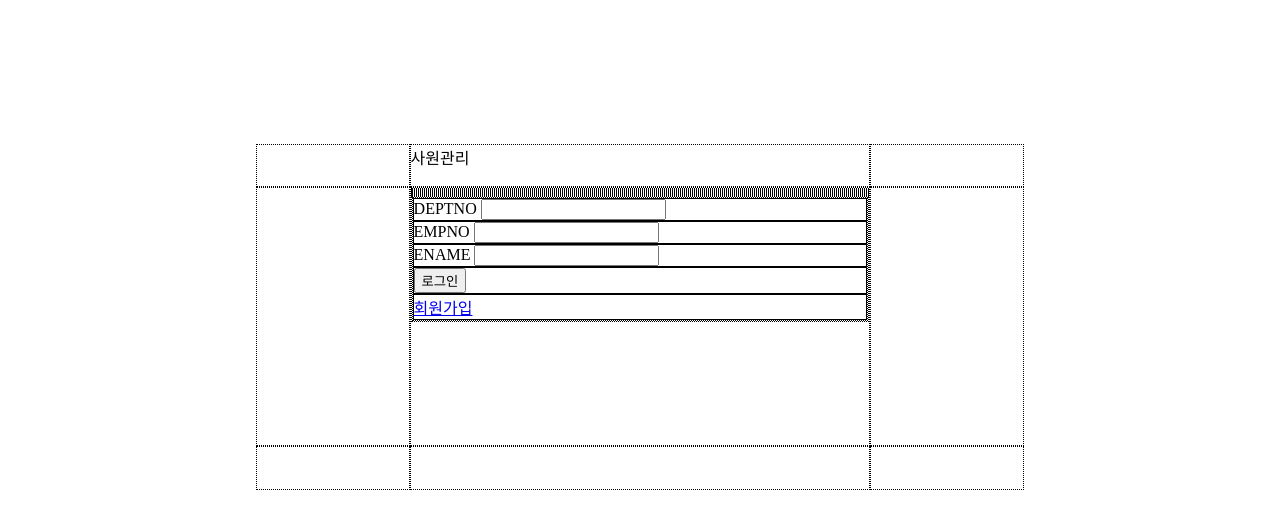
Repository: rmsgh2392/jee-company
Page: http://localhost/company/facade.do
The author's editor kept a copy of each file at every save. The page is drawn from the files as they stood at one save, then again after the next save.
The browser window is 1280 px wide. The pictures show the whole page.
The page is served by Tomcat 9. Other server files are loaded and not shown.

Above is the page before, as saved 2019-10-07 10:25:18.

### company/WebContent/WEB-INF/views/facade/main.jsp
<%@ page language="java" contentType="text/html; charset=UTF-8"
    pageEncoding="UTF-8"%>
<%@taglib prefix="e" uri="http://java.sun.com/jsp/jstl/core"%>
<jsp:include page="../common/head.jsp"/>
<div class="container">
<div></div> <div>사원관리</div> <div></div>
<div></div>
<div class="content">
<e:choose>
	<e:when test="${page eq 'login'}">
		<jsp:include page="login.jsp"/>
	</e:when>
	<e:when test="${page eq 'join'}">
		<jsp:include page="join.jsp"/>
	</e:when>
	<e:when test="${page eq 'mypage'}">
		<jsp:include page="mypage.jsp"/>
	</e:when>
</e:choose>
</div>
<div></div>
<div></div>
<div></div>
<div></div>
</div>
<jsp:include page="../common/foot.jsp"/>
<script>
app.init('${ctx}');
</script>

### company/WebContent/WEB-INF/views/common/head.jsp
<%@ page language="java" contentType="text/html; charset=UTF-8"
    pageEncoding="UTF-8"%>
<!DOCTYPE html>
<html>
<head>
<meta charset="UTF-8">
<title>Insert title here</title>
<script src="${js}/jquery.js"></script>
<link rel="stylesheet" type="text/css" href="${css}/style.css"/></link>
<script src="${js}/app.js"></script>
</head>
<body>
<div class="wrapper">
<div></div> <div></div> <div></div>
<div></div>

### company/WebContent/WEB-INF/views/facade/login.jsp
<%@ page language="java" contentType="text/html; charset=UTF-8"
    pageEncoding="UTF-8"%>
<div></div><div></div>
<div></div><div></div>
<div>
<form id="login_form">
	<div id="login_tab">
		<div id="login_tab_item_1">
			DEPTNO <input id="deptname" class="login_text" type="text" name="deptNo"/>
		</div>
		<div id="login_tab_item_2">
			EMPNO <input id="username" class="login_text" type="text" name="empNo"/>
		</div>
		<div id="login_tab_item_3">
			ENAME <input id="userpw" class="login_text" type="text" name="ename"/>
		</div>
		<div id="login_tab_item_4">
			<input id="login_btn" type="button" value="로그인"/>
		</div>
		<div id="login_tab_item_5">
			<a id="a_join" href="#">회원가입</a>
		</div>
		<input type="hidden" name="action" value="login"/>
		<input type="hidden" name="page" value="mypage"/>
	</div>
</form>
</div>
<script>
app.init('${ctx}');
</script>

### company/WebContent/WEB-INF/views/common/foot.jsp
<%@ page language="java" contentType="text/html; charset=UTF-8"
    pageEncoding="UTF-8"%>
<div></div> <div></div> <div></div>
<div></div>
  </div>
</body>
</html>

### company/src/com/company/web/controllers/FacadeController.java
package com.company.web.controllers;

import java.io.IOException;
import javax.servlet.ServletException;
import javax.servlet.annotation.WebServlet;
import javax.servlet.http.HttpServlet;
import javax.servlet.http.HttpServletRequest;
import javax.servlet.http.HttpServletResponse;

import com.company.web.pool.Constants;

@WebServlet("/facade.do")
public class FacadeController extends HttpServlet {
	private static final long serialVersionUID = 1L;

	enum Resources{
		CTX, CSS, JS
	}
	protected void doGet(HttpServletRequest request, HttpServletResponse response) throws ServletException, IOException {
		for(Resources r : Resources.values()) {
			if(r.toString().toLowerCase().equals("ctx")) {
				request.getSession().setAttribute(r.toString().toLowerCase(), request.getContextPath());
			}else {
				request.getSession().setAttribute(r.toString().toLowerCase(), request.getContextPath() + "/resources/" + r.toString().toLowerCase());

			}

		}
		if(request.getParameter("page")==null) {
			request.setAttribute("page", "login");
		}else {
			request.setAttribute("page", request.getParameter("page"));
		}
		request.getRequestDispatcher
		(String.format(Constants.DOUBLE_PATH
				,request.getServletPath().substring(1,request.getServletPath().indexOf(".")),"main"))
		.forward(request, response);

	}

}

### company/WebContent/resources/css/style.css
@charset "UTF-8";
html, body{
	margin: 0;
	height: 100%;
	overflow: hidden;
}
.wrapper{
	display : grid;
	width: 100%;
	height:100%;
	grid-template-columns: 20% 60% 20%;
	grid-template-rows: 20% 60% 20%;
}
.container{
	display : grid;
	width: 100%;
	height:100%;
	grid-template-columns: 20% 60% 20%;
	grid-template-rows : 10% 60% 10%;
}
.container div{border : 1px dotted black}
#login_form{width:100%;height:100%}
#login_tab div{border : 1px solid black;}

### company/WebContent/resources/js/app.js
var app = (()=>{
	return {
		init : (ctx)=>{
			employeeService.login(ctx);
			employeeService.join(ctx);
			employeeService.moveJoin(ctx);

		}

	};

})();

var player = (()=>{
	var _empNo,_ename,_job,_mgr,_hireDate,_sal,_comm,_deptNo;

	var setDeptNo = (deptNo)=>{this.deptNo = deptNo;}
	var setEmpNo = (empNo)=>{this.empNo = empNo;}
	var setEname = (ename)=>{this.ename = ename;}
	var getDeptNo = ()=>{return this._deptNo;}
	var getEmpNo = ()=>{return this. _empNo;}
	var getEname = ()=>{return this._ename;}
	return {
		setDeptNo : setDeptNo,
		setEmpNo  :  setEmpNo ,
		setEname : setEname,
		getDeptNo : getDeptNo,
		getEmpNo : getEmpNo,
		getEname : getEname
	};
})();

var employeeService = (()=>{
	return {
		login : (ctx)=>{
			$('#login_btn').click(()=>{
				if($('#username').val()===''||$('#userpw').val()===''||$('#deptname').val()===''){
					alert('필수값이 없습니다.');
				}else{
					/*alert('입력한 값 아이디'+$('#username').val());*/
					$('#login_form').attr('action',ctx+'/company.do');
					$('#login_form').attr('method','GET');
					$('#login_form').submit();
				}

			});
		},
		join: (ctx)=>{
			$('#join_btn').click(()=>{
				if($('#join_empNo').val()===''||$('#join_ename').val()===''){
					alert('필수값이 없습니다.');
				}else{
					/*alert('입력한 값 아이디'+$('#join_empNo').val());*/
					$('#join_form').attr('action',ctx+'/company.do');
					$('#join_form').attr('method','GET');
					$('#join_form').submit();
				}
			});
		},
		moveJoin : (ctx)=>{
			$('#a_join').click(()=>{

				location.assign(ctx+'/facade.do?page=join')
			});
		},


		search: (ctx)=>{
			$('#find2').click(()=>{
				location.assign(ctx+'/player.do?action=search&page=a_position');
			});

			$('#find4').click(()=>{
				location.assign(ctx+'/player.do?action=search&page=4_find_by_teamid_position');

			});

		}

	};
})();

Loaded but not shown: company/WebContent/resources/js/jquery.js (library)

After the next save:
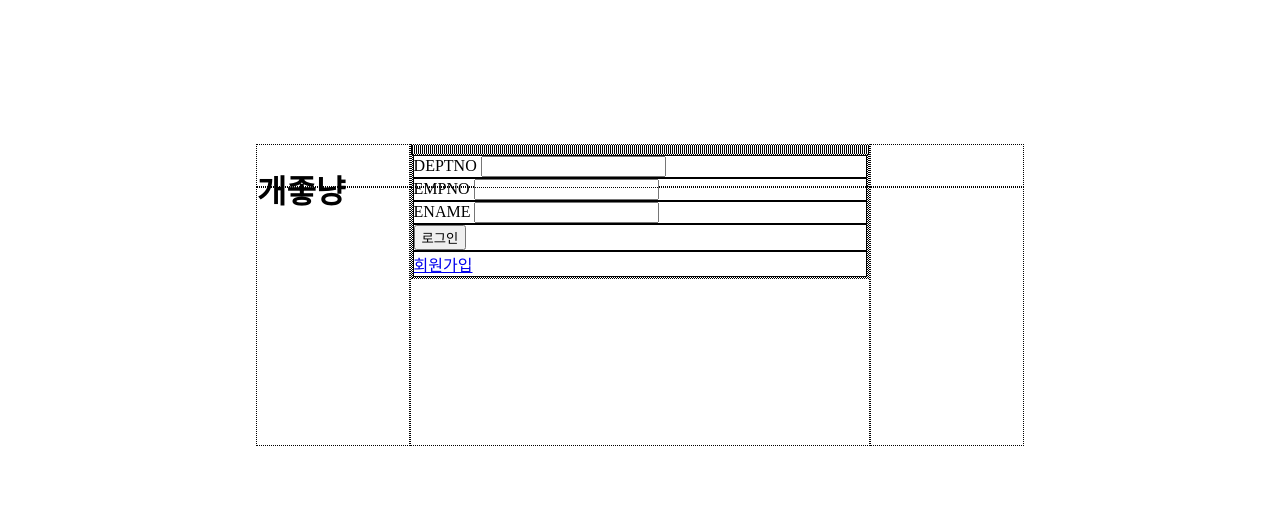
Saved 72 s later.
--- a/company/WebContent/WEB-INF/views/facade/main.jsp
+++ b/company/WebContent/WEB-INF/views/facade/main.jsp
@@ -3,8 +3,7 @@
 <%@taglib prefix="e" uri="http://java.sun.com/jsp/jstl/core"%>
 <jsp:include page="../common/head.jsp"/>
 <div class="container">
-<div></div> <div>사원관리</div> <div></div>
-<div></div>
+	<div><h1 id="main_text">개좋냥</h1></div>
 <div class="content">
 <e:choose>
 	<e:when test="${page eq 'login'}">
